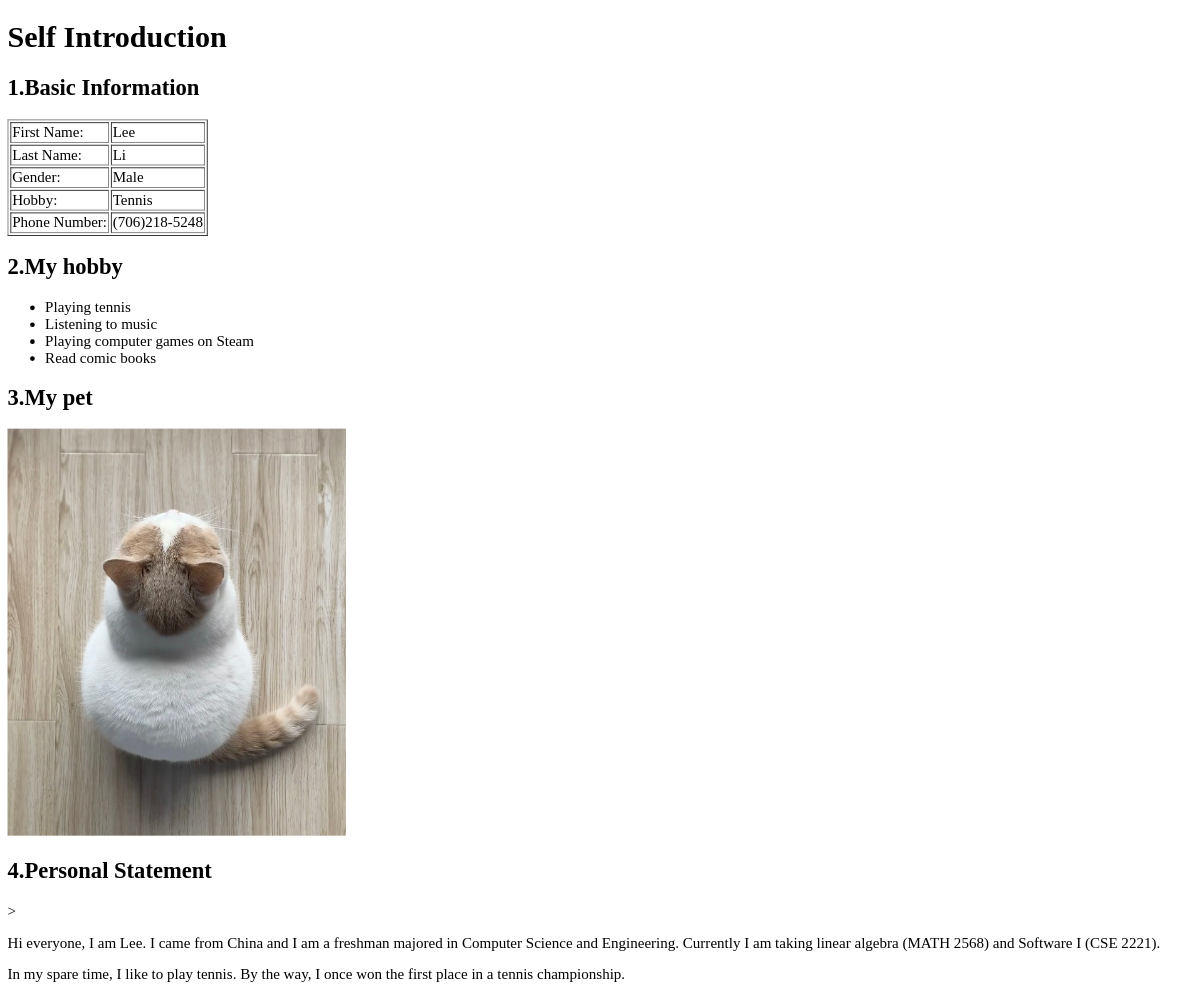
Repository: RigelLM/Java-Learning
Page: HomePage/public/Index.html
An editor plug-in stored every save of this project. The page is shown before and after a run of saves, followed by the edit.
The browser window is 1280 px wide. The pictures show the whole page, at 94% of full size.

Above is the page before, as saved 2023-01-17 17:31:28.

After the next 2 saves:
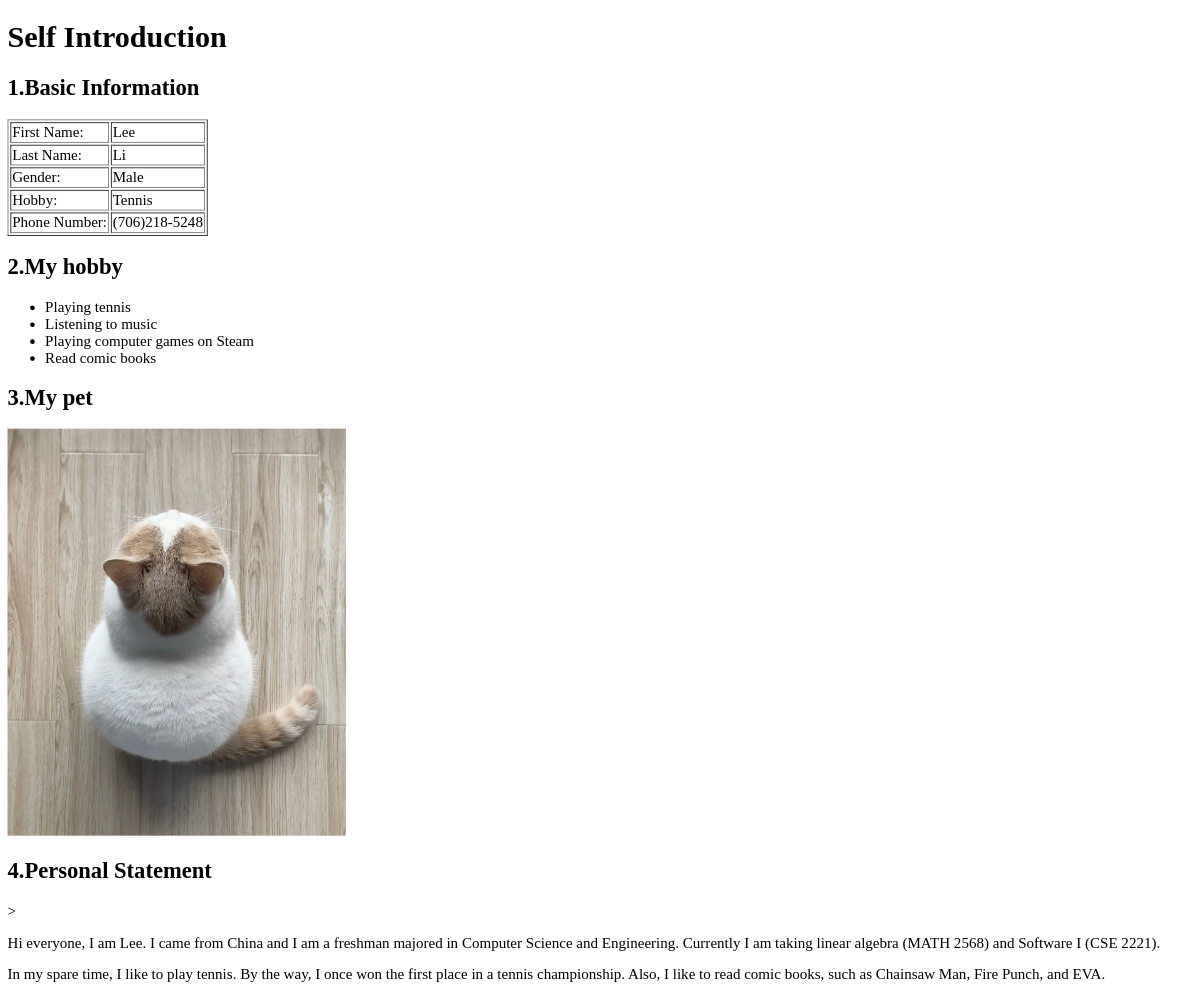
The 2 saves are shown as one change because they came seconds apart.
The last was saved 69 s later.
--- a/HomePage/public/Index.html
+++ b/HomePage/public/Index.html
@@ -39,6 +39,6 @@
 <img src="cat.jpg" alt="My Cat" width="360" height="433">
 <h2>4.Personal Statement</h2>>
 <p>Hi everyone, I am Lee. I came from China and I am a freshman majored in Computer Science and Engineering. Currently I am taking linear algebra (MATH 2568) and Software I (CSE 2221).</p>
-<p>In my spare time, I like to play tennis. By the way, I once won the first place in a tennis championship. </p>
+<p>In my spare time, I like to play tennis. By the way, I once won the first place in a tennis championship. Also, I like to read comic books, such as Chainsaw Man, Fire Punch, and EVA. </p>
 </body>
 </html>
